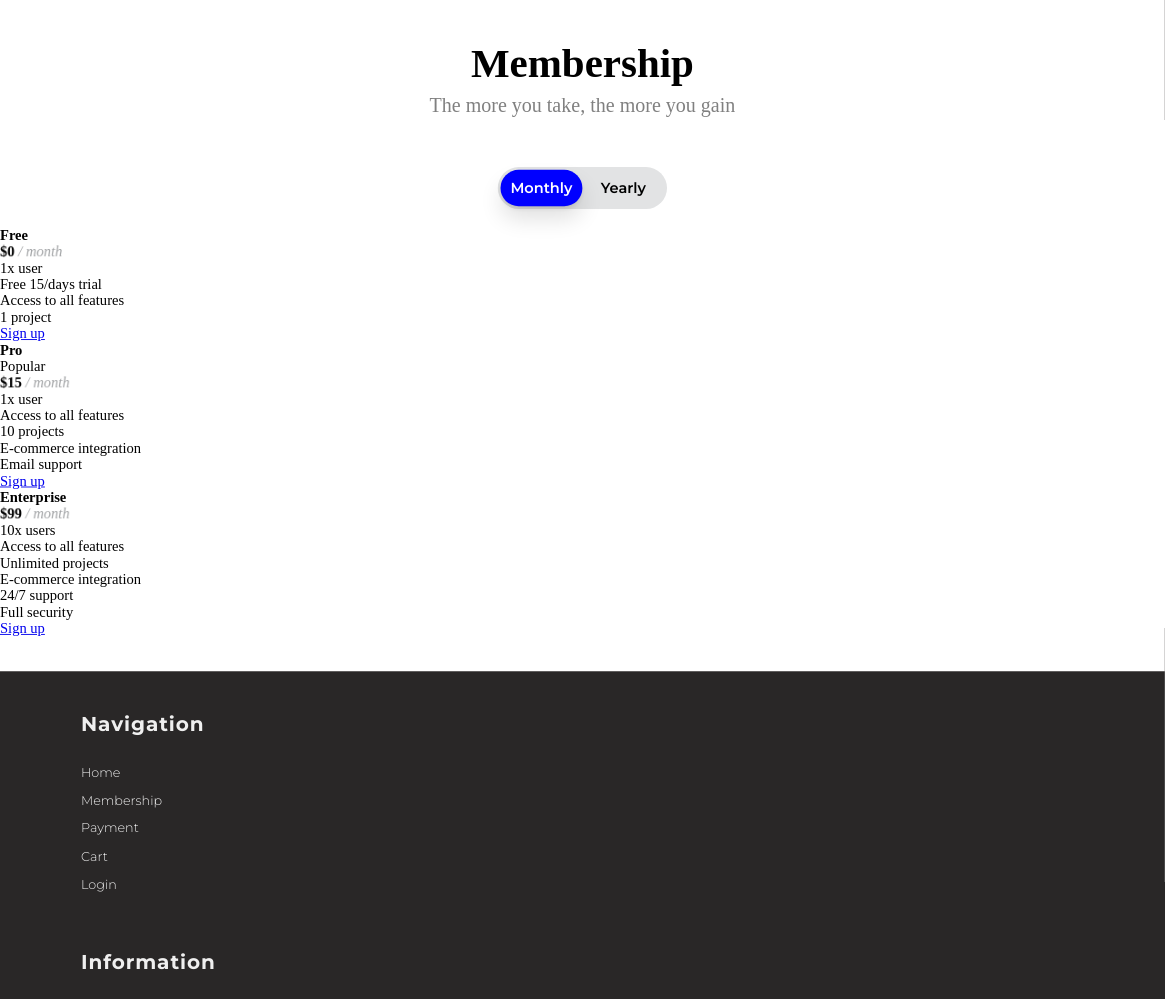
Repository: RamlyBurger/Hi-Tech
Page: membership.html
The author's editor kept a copy of each file at every save. The page is drawn from the files as they stood at one save, then again after the next save.
The browser window is 1280 px wide. The pictures show the part of the page from y = 148 to 1246 px (the page is 2427 px tall before and 1679 px after), at 91% of full size.
Pictures or frames that could not be fetched are drawn as grey boxes.

Above is the page before, as saved 2022-09-30 08:21:40.

After the next save:
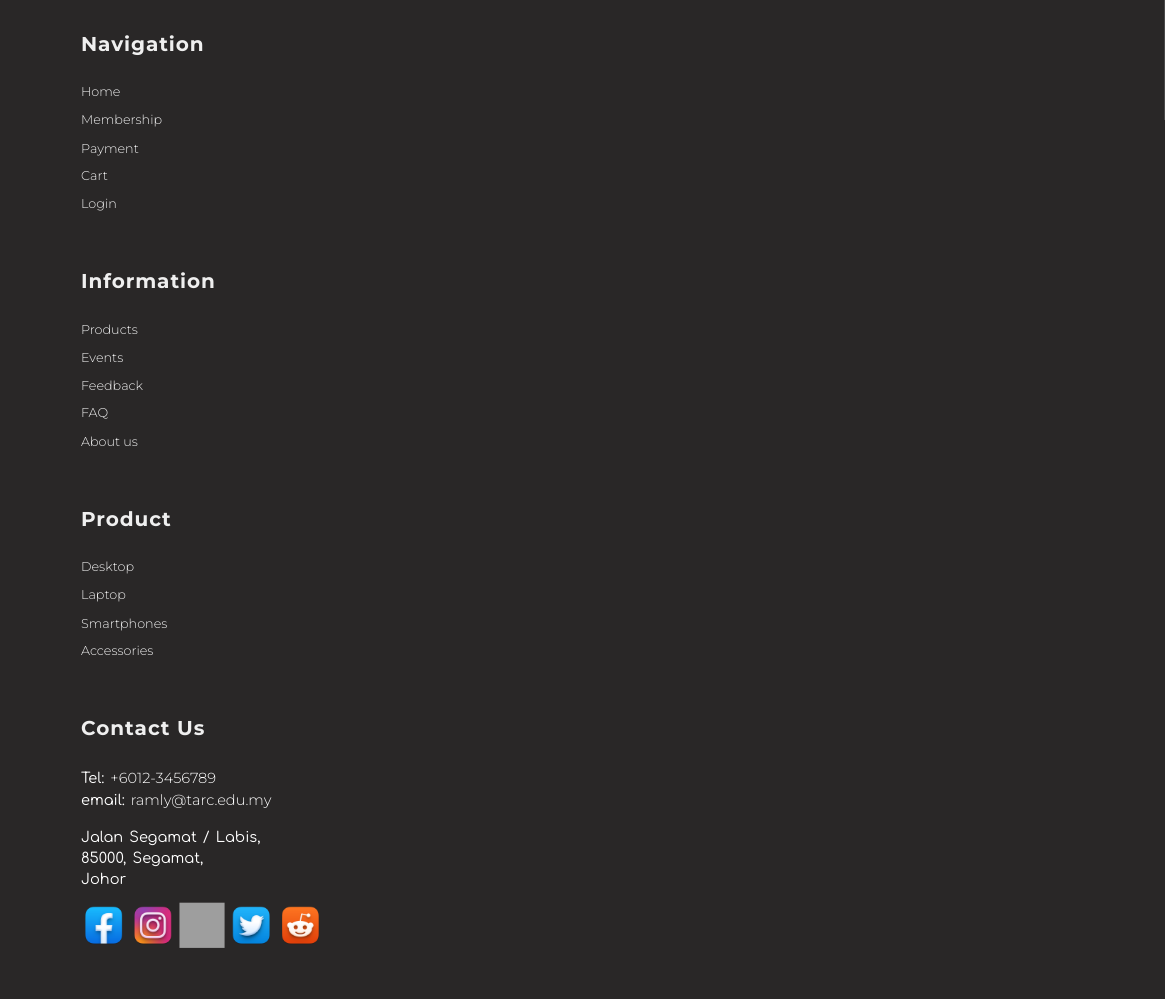
Saved 2 min 19 s later.
--- a/membership.html
+++ b/membership.html
@@ -61,98 +61,9 @@
 </header>
 
 <!-- membership body -->
-<section class="subscribePanel">
-  <div class="responsiveBox maxWidthRes">
-    <div class="desBox">
-      <h1>Membership</h1>
-      <p class="descriptionBox">The more you take, the more you gain</p>
-    </div>
+<div class="membershipBox">
 
-    <div class="p-table p-table--has-switch js-p-table--has-switch">
-      <div class="toggleButPlan">
-
-        <ul class="radio-switch js-p-table__switch">
-          <li class="radio-switch__item">
-            <input class="radio-switch__input sr-only" type="radio" name="p-table-switch-name" id="p-table-switch-1" value="monthly" checked>
-            <label class="radio-switch__label" for="p-table-switch-1">Monthly</label>
-          </li>
-
-          <li class="radio-switch__item">
-            <input class="radio-switch__input sr-only" type="radio" name="p-table-switch-name" id="p-table-switch-2" value="yearly">
-            <label class="radio-switch__label" for="p-table-switch-2">Yearly</label>
-            <div aria-hidden="true" class="radio-switch__marker"></div>
-          </li>
-        </ul>
-      </div>
-
-      <div class="grid gap-sm">
-        <div class="p-table__item col-4@md">
-          <div class="margin-bottom-xxs">
-            <h4 class="p-table__title">Free</h4>
-          </div>
-
-          <div class="p-table__price-wrapper margin-bottom-sm">
-            <div class="p-table__price p-table__price--month"><span>$0</span> <i>/ month</i></div>
-            <div class="p-table__price p-table__price--year"><span>$0</span> <i>/ year</i></div>
-          </div>
-
-          <ul class="p-table__features margin-bottom-md">
-            <li>1x user</li>
-            <li>Free 15/days trial</li>
-            <li>Access to all features</li>
-            <li>1 project</li>
-          </ul>
-
-          <div class="margin-top-auto"><a href="#0" class="btn btn--subtle btn--md width-100%">Sign up</a></div>
-        </div>
-
-        <div class="p-table__item p-table__item--popular col-4@md">
-          <div class="flex justify-between items-center margin-bottom-xxs">
-            <h4 class="p-table__title">Pro</h4>
-            <span class="p-table__badge">Popular</span>
-          </div>
-
-          <div class="p-table__price-wrapper margin-bottom-sm">
-            <div class="p-table__price p-table__price--month" data-transition-delay="2nd"><span>$15</span> <i>/ month</i></div>
-            <div class="p-table__price p-table__price--year" data-transition-delay="2nd"><span>$99</span> <i>/ year</i></div>
-          </div>
-
-          <ul class="p-table__features margin-bottom-md">
-            <li>1x user</li>
-            <li>Access to all features</li>
-            <li>10 projects</li>
-            <li>E-commerce integration</li>
-            <li>Email support</li>
-          </ul>
-
-          <div class="margin-top-auto"><a href="#0" class="btn btn--primary btn--md width-100%">Sign up</a></div>
-        </div>
-
-        <div class="p-table__item col-4@md">
-          <div class="margin-bottom-xxs">
-            <h4 class="p-table__title">Enterprise</h4>
-          </div>
-
-          <div class="p-table__price-wrapper margin-bottom-sm">
-            <div class="p-table__price p-table__price--month" data-transition-delay="3rd"><span>$99</span> <i>/ month</i></div>
-            <div class="p-table__price p-table__price--year" data-transition-delay="3rd"><span>$699</span> <i>/ year</i></div>
-          </div>
-
-          <ul class="p-table__features margin-bottom-md">
-            <li>10x users</li>
-            <li>Access to all features</li>
-            <li>Unlimited projects</li>
-            <li>E-commerce integration</li>
-            <li>24/7 support</li>
-            <li>Full security</li>
-          </ul>
-
-          <div class="margin-top-auto"><a href="#0" class="btn btn--subtle btn--md width-100%">Sign up</a></div>
-        </div>
-      </div>
-    </div>
-  </div>
-</section>
+</div>
 
 <!-- footer -->
 <footer>
